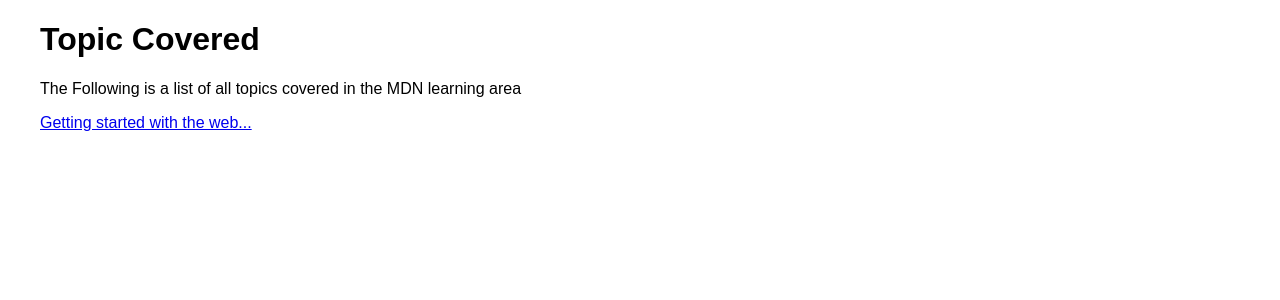
Repository: sriram1224/ReactProjects.github.io
Page: Assignments/Assignment1/index.html
The author's editor kept a copy of each file at every save. The page is drawn from the files as they stood at one save, then again after the next save.
The browser window is 1280 px wide. The pictures show the whole page.

Above is the page before, as saved 2024-03-01 09:51:35.

### Assignments/Assignment1/index.html
<!DOCTYPE html>
<html>
<head>
  <script src="https://unpkg.com/react@18/umd/react.development.js"></script>
  <script src="https://unpkg.com/react-dom@18/umd/react-dom.development.js"></script>
  <style>
    body{
      margin-left: 40px;
      font-family: Arial, sans-serif;

    }

  </style>
</head>

<body>

  <div id="root"></div>

  <script>

    const TopicHeader = () => React.createElement(
      'h1',
      {id: 'title'},
      'Topic Covered'
    );

    const TopicDescription = () => React.createElement(
      'p',
      {id: 'para'},
      'The Following is a list of all topics covered in the MDN learning area'
    );

    const TopicList = () => React.createElement(
      'div',
      null,
      [


        React.createElement('a', {href: 'http://example.com'}, 'Getting started with the web...')

      ]
    );

    ReactDOM.render(
      React.createElement(
        'div',
        null,
        [
          React.createElement(TopicHeader),
          React.createElement(TopicDescription),
          React.createElement(TopicList)
        ]
      ),
      document.getElementById('root')
    );

  </script>

</body>
</html>

After the next save:
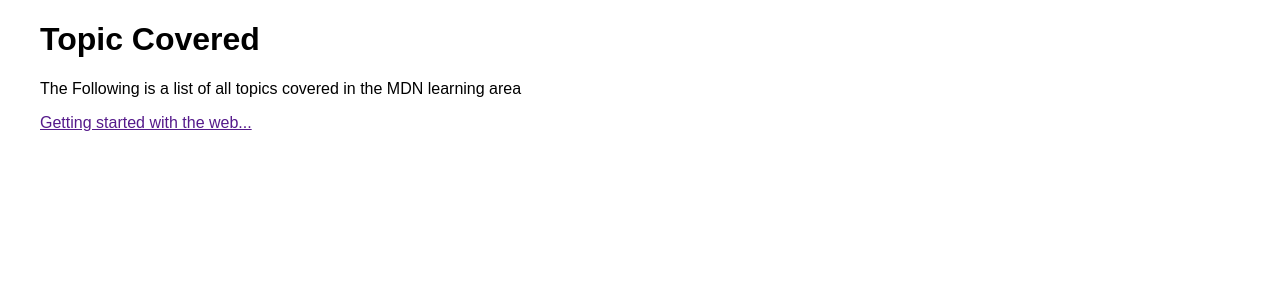
Saved 39 s later.
--- a/Assignments/Assignment1/index.html
+++ b/Assignments/Assignment1/index.html
@@ -37,7 +37,7 @@
       [
 
 
-        React.createElement('a', {href: 'http://example.com'}, 'Getting started with the web...')
+        React.createElement('a', {href: ""}, 'Getting started with the web...')
 
       ]
     );

After the save that followed:
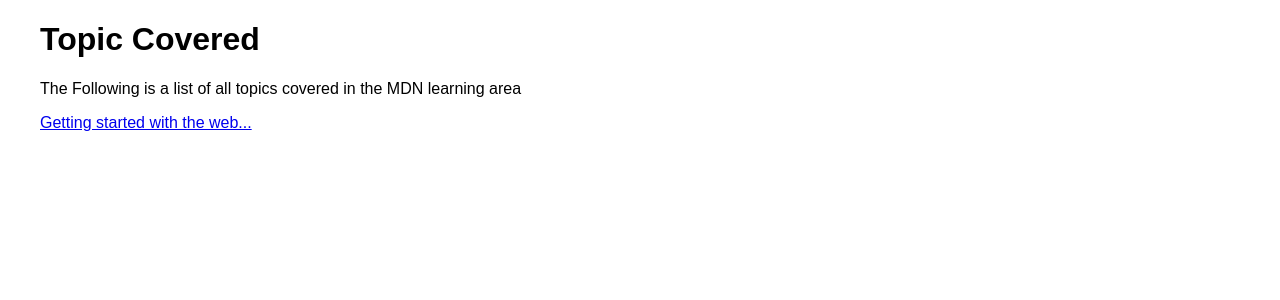
Saved 19 s later.
--- a/Assignments/Assignment1/index.html
+++ b/Assignments/Assignment1/index.html
@@ -37,7 +37,7 @@
       [
 
 
-        React.createElement('a', {href: ""}, 'Getting started with the web...')
+        React.createElement('a', {href: 'http://example.com'}, 'Getting started with the web...')
 
       ]
     );
